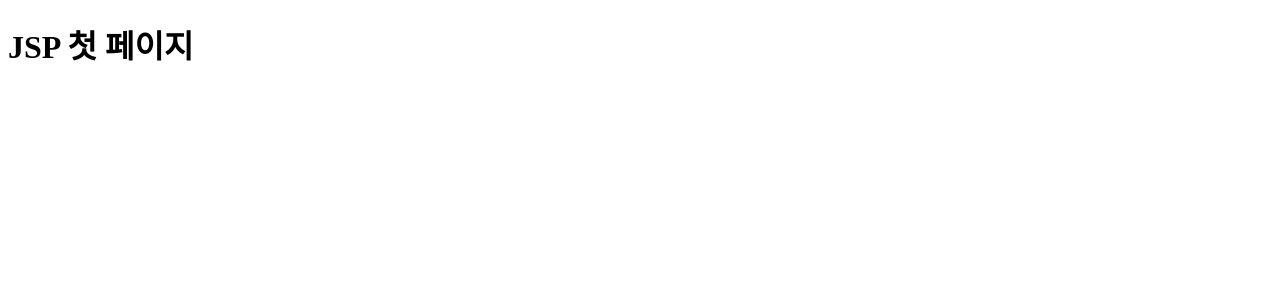
Repository: hosung0c0/jd22-jsp-pj
Page: http://localhost/app.jsp/
These files come from the project's save history. The page is drawn as it stood at one moment and after the next save; the edit follows.
The browser window is 1280 px wide. The pictures show the whole page.
The page is served by Tomcat 9.

Above is the page before, as saved 2022-11-09 05:55:39.

### app.jsp/WebContent/index.jsp
<%@ page language="java" contentType="text/html; charset=EUC-KR"
    pageEncoding="EUC-KR"%>
<!DOCTYPE html>
<html>
<head>
<meta charset="EUC-KR">
<title>JSP 첫 페이지</title>
</head>
<body>
<h1>JSP 첫 페이지</h1>

</body>
</html>

After the next save:
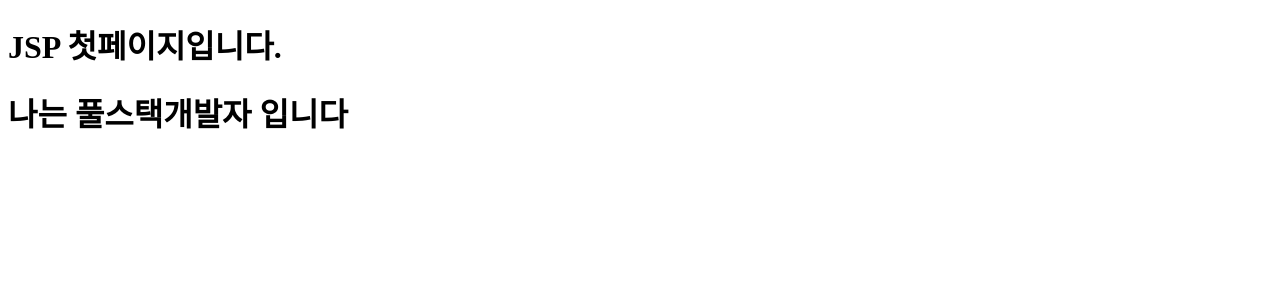
Saved 11 min 53 s later.
--- a/app.jsp/WebContent/index.jsp
+++ b/app.jsp/WebContent/index.jsp
@@ -4,10 +4,31 @@
 <html>
 <head>
 <meta charset="EUC-KR">
-<title>JSP 첫 페이지</title>
+<title>JSP 첫페이지입니다.</title>
+
+<h1>JSP 첫페이지입니다.</h1>
+<%! // 느낌표가 있는 선언부
+	// 함수를 만들 때는 여기에 만들어야한다
+	// 느낌표가 없는 스크립트릿에 만들면 에러가 난다.
+	public String myFn(){
+		return "<h1>나야나</h1>";
+}
+%>
 </head>
 <body>
-<h1>JSP 첫 페이지</h1>
+	<% // 스크립트릿 구역
+		// 문자형 변수에 url로 전달되는 값을 받는다.
+		String user = request.getParameter("name");
+		// if문으로 전달값이 없는 경우 거르기
+		if(user == null){
+			user = "나는 풀스택개발자 입니다";
+		}
+
+	%>
+
+	<!-- 스크립트 표현식 (츨력) -->
+	<h1><%=user%></h1>
+	<h1><% %></h1>
 
 </body>
 </html>
